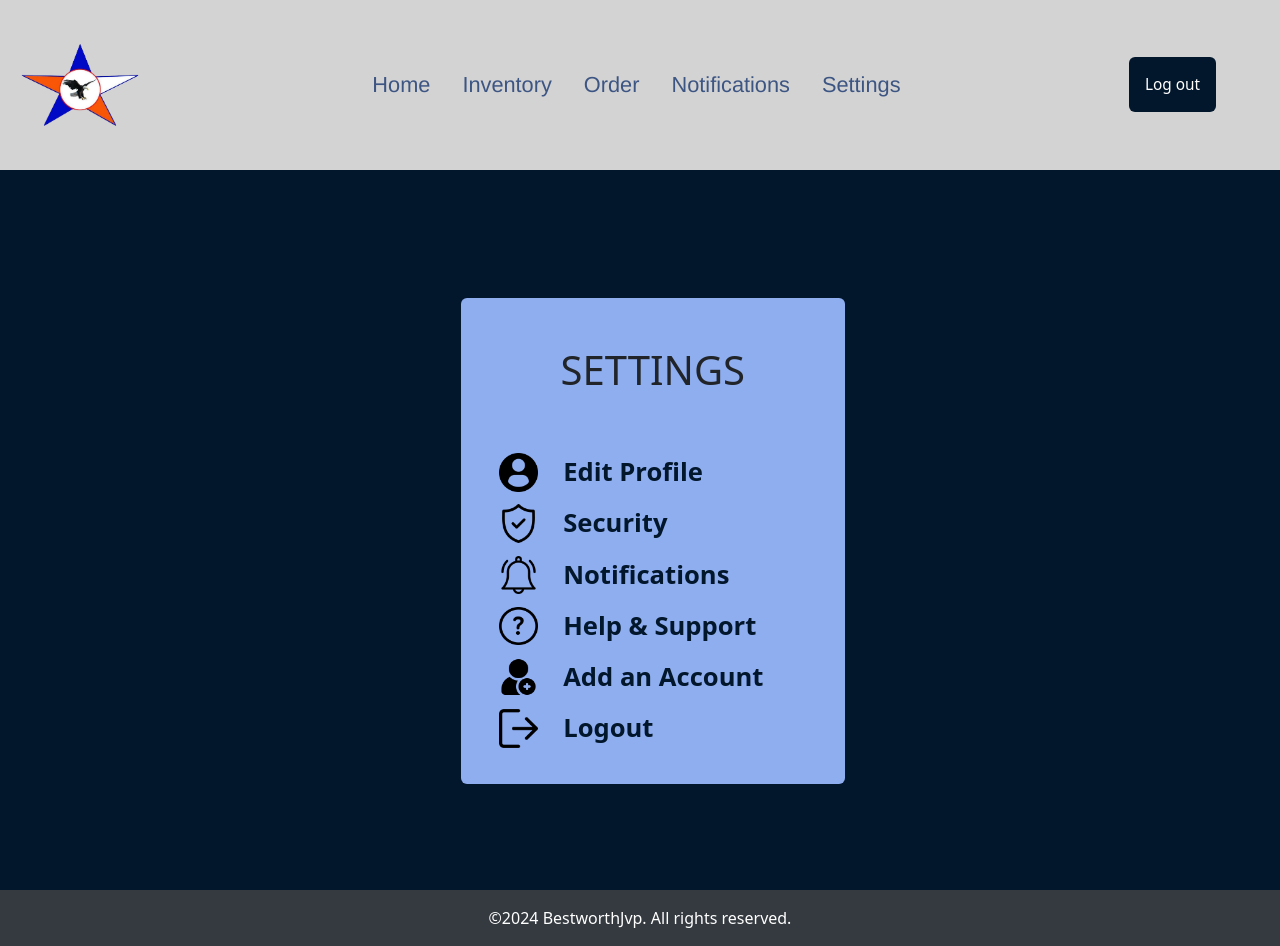
Repository: OVictor21/inventory
Page: /Setting
These files come from the project's save history. The page is drawn as it stood at one moment and after the next save; the edit follows.
The browser window is 1280 px wide. The pictures show the whole page.
The project was rebuilt for these pictures with package versions that can differ from the ones it lists, and the page was loaded fresh each time. Also part of the build but not shown: src/components/login.jsx, src/components/signup.jsx, src/components/reset1.jsx, src/components/reset2.jsx, src/pages/Admin.jsx.

Above is the page before, as saved 2024-12-16 19:57:17.

### src/index.css

.logo {
  background-size: cover;
  background-repeat: no-repeat;
  background-position: center;
  height: auto;
  width:9rem ;
}

.sign-in{
  width: 40vw;
  height: 65vw;
  left: 45vw;
  top: -10vw;
  overflow: hidden;
}

.login {
  display: flex;
  flex-direction: column;
  min-height: 100vh;
  overflow: hidden;

}

.nav-body {
  flex-grow: 1;
  background-color: #D3D3D3;
  width: 35vw;
  height: 65vw;
}

.text{
  top: 5vw;
  left: 6vw;
  background: linear-gradient(180deg, rgb(51, 85, 136) 13.5%, rgb(206, 208, 214) 100%);
  -webkit-background-clip: text !important;
  background-clip: text;
  -webkit-text-fill-color: transparent;
  text-fill-color: transparent;
  font-family: "Montserrat-Bold", Helvetica;
  font-weight: 700;
  color: transparent;
  font-size: 4vw;
  letter-spacing: 0;
  line-height: normal;
}



.text-wrapper-8 {
  background: linear-gradient(180deg, rgb(51, 85, 136) 13.5%, rgb(206, 208, 214) 100%);
  -webkit-background-clip: text !important;
  background-clip: text;
  -webkit-text-fill-color: transparent;
  text-fill-color: transparent;
  font-family: "Montserrat-Bold", Helvetica;
  font-weight: 600;
  color: transparent;
  font-size: 2vw;
  letter-spacing: 0;
  line-height: normal;
  top: 13vw;
  left: 6vw;
}

.email-text{
  font-size: 1.2vw;

}

.email{
  top: 17vw;
  left: 6vw;
}

.email-in{
  top: 23vw;
  left: 6vw;
  width: 80%;
  max-width: 80%;
  height: 5%;
}

.pass{
  top: 27vw;
  left: 6vw;
}

.pass-in{
  top: 33vw;
  left: 6vw;
  width: 80%;
  max-width: 80%;
  height: 5%;

}

.text-wrapper-7{
  font-family: "Montserrat-Regular", Helvetica;
  font-weight: 400;
  color: #00000061;
  font-size: 1.3vw;
  letter-spacing: 0;
  line-height: normal;
  top: 30vw;
  text-decoration: none;
  right: 2vw;
}



.sign-btn{
  background: linear-gradient(180deg, rgb(51, 85, 136) 93.5%, rgb(206, 208, 214) 97%);
  font-family: "Montserrat-Bold", Helvetica;
  font-weight: 700;
  font-size: 1.5rem;
  letter-spacing: 0;
  line-height: normal;
  width: 80%;
  height: 3rem;
  top: 42vw;
  left: 6vw;
  /* box-shadow: 0px 22px 75px #00000040; */
}


.acct{
  font-family: "Montserrat-Regular", Helvetica;
  font-weight: 700;
  color: #000000;
  font-size: 1.5vw;
  letter-spacing: 0;
  line-height: normal;
  top: 52vw;
  left: 6vw;
}

.acct-1{
  font-family: "Montserrat-Bold", Helvetica;
  font-weight: 700;
  color: rgb(51, 85, 136);
  font-size: 1.5vw;
  text-decoration: none;
  letter-spacing: 0;
  line-height: normal;
  top: 52vw;
  right: 3vw;
}



.pass-text{
font-size: 1.2vw;
}
.footer-body {
  background-color: #343a40; /* Example background color */
  text-align: center;
  padding: 1rem 0;
  margin-top: auto; /* Pushes the footer to the bottom */
}



.side{
  background-color: #D3D3D3;
}
.footers{
  top: 99vh;
  right: 0vw;
  background-color: #343a40;
}

.signuptext{
  top: 5vw;
  left: 6vw;
  background: linear-gradient(180deg, rgb(51, 85, 136) 13.5%, rgb(206, 208, 214) 100%);
  -webkit-background-clip: text !important;
  background-clip: text;
  -webkit-text-fill-color: transparent;
  text-fill-color: transparent;
  font-family: "Montserrat-Bold", Helvetica;
  font-weight: 700;
  color: transparent;
  font-size: 3vw;
  letter-spacing: 0;
  line-height: normal;
}

.nav{
  background-color: #D3D3D3;
}

.logo{
  width: 10vw;
  height: 7vw;
}

nav {
  background-color: #D3D3D3;

}


.navbar-brand img {
  max-width: 10vw;
  min-width: 5vw;
}

.navv{
  color: white;
}

.nav-text-current {
  font-family: "Montserrat", Helvetica;
  font-weight: 700;
  color: #ffffff;
  font-size: 1.5vw;
}

.nav-text {
  font-family: "Montserrat", Helvetica;
  font-weight: 700;
  color: #ffffff;
  font-size: 2.5vw;

}

.nav-link.nav-text {
  font-family: "Montserrat", Helvetica;
  font-weight: 400;
  color: #3d5583 !important;
  font-size: 1.7vw;
}

.navbar-nav .nav-link.nav-text:hover {
  color: rgb(143, 174, 240) !important;
}

.logout{
  background-color: #03172c !important;
}

.logout:hover {
  color: rgb(143, 174, 240) !important;
}

.nav-link.nav-text-2{
  color: white;
  font-size: 1.2vw;
}

.nav-link.nav-text-2:hover{
  color: rgb(143, 174, 240) !important;
}

.admin-body{
  background-color: #03172c;
}

.inventory{
  width: 35vw;
  height: 10vw;
  background-color:rgb(143, 174, 240) ;
  overflow: hidden;
}

.inventory-logo{
  width: 5vw;
  height: 3vw;
}

.admin-text{
  font-size: 2vw;
  font-weight: 600;
  color: #03172c ;
  left: 16vw;
  top:3vw;
}

.admin-footer {
  background-color: #343a40; /* Example background color */
  text-align: center;
  padding: 1rem 0;
  margin-top: auto; /* Pushes the footer to the bottom */
}

.admin-logo{
  left: 5vw;
  top:2vw;
}
.setting-body{
  background-color: #03172c;
}
.setting{
  width: 30vw;
  height: 38vw;
  background-color:rgb(143, 174, 240) ;
  overflow: hidden;
  left: 36vw;
  top: 10vw;
}

.user-logo{
  width: 3vw;
  height: 3vw;
}

.profile-logo{
  left: 3vw;
  top:4vw;
}

.user-text{
  font-size: 2vw;
  font-weight: 600;
  color: #03172c ;
  left: 8vw;
  top:4vw;
}

.security-text{
  font-size: 2vw;
  font-weight: 600;
  color: #03172c ;
  left: 8vw;
  top:8vw;
}

.notify-text{
  font-size: 2vw;
  font-weight: 600;
  color: #03172c ;
  left: 8vw;
  top:12vw;
}

.help-text{
  font-size: 2vw;
  font-weight: 600;
  color: #03172c ;
  left: 8vw;
  top:16vw;
}

.acc-text{
  font-size: 2vw;
  font-weight: 600;
  color: #03172c ;
  left: 8vw;
  top:20vw;
}

.logout-text{
  font-size: 2vw;
  font-weight: 600;
  color: #03172c ;
  left: 8vw;
  top:24vw;
}

.security-logo{
  left: 3vw;
  top:8vw;
}

.notify-logo{
  left: 3vw;
  top:12vw;
}

.help-logo{
  left: 3vw;
  top:16vw;
}

.acc-logo{
  left: 3vw;
  top:20vw;
}

.logout-logo{
  left: 3vw;
  top:24vw;
}

### src/App.js
// import Navbar from './components/navbar';
import 'bootstrap/dist/css/bootstrap.min.css';
import { BrowserRouter as Router, Route, Routes } from "react-router-dom";
// import Home from "./components/home";
import Login from "./components/login";
import Signup from './components/signup';
import Reset1 from './components/reset1';
import Reset2 from './components/reset2';
import Admin from './pages/Admin';
import Setting from './pages/setting';



function App() {
  return (
    <div className="App">
      <Router>
      <Routes>
        <Route path="/Login" element={<Login />} />
        <Route path="/Signup" element={<Signup/>} />
        <Route path='/Reset1' element={<Reset1/>} />
        <Route path='/Reset2' element={<Reset2 />} />
        <Route path='/Admin' element={<Admin/>} />
        <Route path='/Setting' element={<Setting/>}/>

      </Routes>
    </Router>
    </div>
  );
}

export default App;

### src/pages/setting.jsx
import Navbar from "../components/navbar";

const Setting = () => {
  return (
    <div>
    <Navbar/>
    <div className="setting-body min-vh-100 d-flex flex-column position-relative ">
        <div className="setting justify-content-center rounded-2 mb-4 position-absolute ">
          <h1 className="text-center mt-5">SETTINGS</h1>
          <div className="user-logo position-relative ">

            <img className="d-block w-100 position-absolute profile-logo" src="/user.png" alt="Logo" />
            <a href="/Inventory " className="user-text  position-absolute text-decoration-none text-nowrap">Edit Profile</a>

            <img className="d-block w-100 position-absolute security-logo" src="/security.png" alt="Logo" />
            <a href="/Inventory " className="security-text  position-absolute text-decoration-none text-nowrap">Security</a>

            <img className="d-block w-100 position-absolute notify-logo" src="/notification.png" alt="Logo" />
            <a href="/Notification " className="notify-text  position-absolute text-decoration-none text-nowrap">Notifications</a>

            <img className="d-block w-100 position-absolute help-logo" src="/help.png" alt="Logo" />
            <a href="/Help " className="help-text  position-absolute text-decoration-none text-nowrap">Help & Support</a>

            <img className="d-block w-100 position-absolute acc-logo" src="/add-user.png" alt="Logo" />
            <a href="/Addacc " className="acc-text  position-absolute text-decoration-none text-nowrap">Add an Account</a>

            <img className="d-block w-100 position-absolute logout-logo" src="/logout.png" alt="Logo" />
            <a href="/Logout " className="logout-text  position-absolute text-decoration-none text-nowrap">Logout</a>
          </div>
        </div>
   </div>

   <footer className="mt-auto text-center py-3 w-100 position-absolute admin-footer text-white ">
            <p className="mb-0">&copy;2024 BestworthJvp. All rights reserved.</p>

          </footer>
    </div>


  )
}

export default Setting;

### src/components/navbar.jsx
import 'bootstrap/dist/js/bootstrap.bundle.min';

const Navbar = () => {
  return (
    <nav className="navbar navbar-expand-md justify-content-center p-3 z-1">

    <a className="navbar-brand d-flex me-auto" href="#">
        <img class="block w-100" src="/logo.png" alt="Logo"/>
    </a>
   <button class="navbar-toggler ms-auto" type="button" data-bs-toggle="collapse"
                data-bs-target="#collapseNavbar">
                <span class="navbar-toggler-icon"></span>
            </button>
    <div className="navbar-collapse collapse" id="collapseNavbar">

        <ul className="navbar-nav justify-content-center w-100">
            <li class="nav-item m-2 ">
                <a className="nav-link nav-text" href="/Home">Home</a>
            </li>

            <li className="nav-item m-2">
                <a className="nav-link nav-text" href="/Iventory">Inventory</a>
            </li>
            <li className="nav-item m-2">
                <a className="nav-link nav-text" href="/Order">Order</a>
            </li>
            <li className="nav-item m-2">
                <a className="nav-link nav-text" href="/Notifications">Notifications</a>
            </li>
            <li className="nav-item m-2">
                <a className="nav-link nav-text" href="/Setting">Settings</a>
            </li>

        </ul>

        <ul className="navbar-nav ms-auto justify-content-end mx-5">
                    <li className="nav-item logout p-2 rounded-2">
                        <a className="nav-link nav-text-2 text-nowrap" href="/Sign in/index.html">Log out</a>
                    </li>
                </ul>
    </div>
</nav>
  )
}

export default Navbar;


<script src="https://cdn.jsdelivr.net/npm/bootstrap@5.3.0/dist/js/bootstrap.bundle.min.js"></script>

Loaded but not shown: public/index.html (common file); src/index.js (common file); src/reportWebVitals.js (common file)

After the next save:
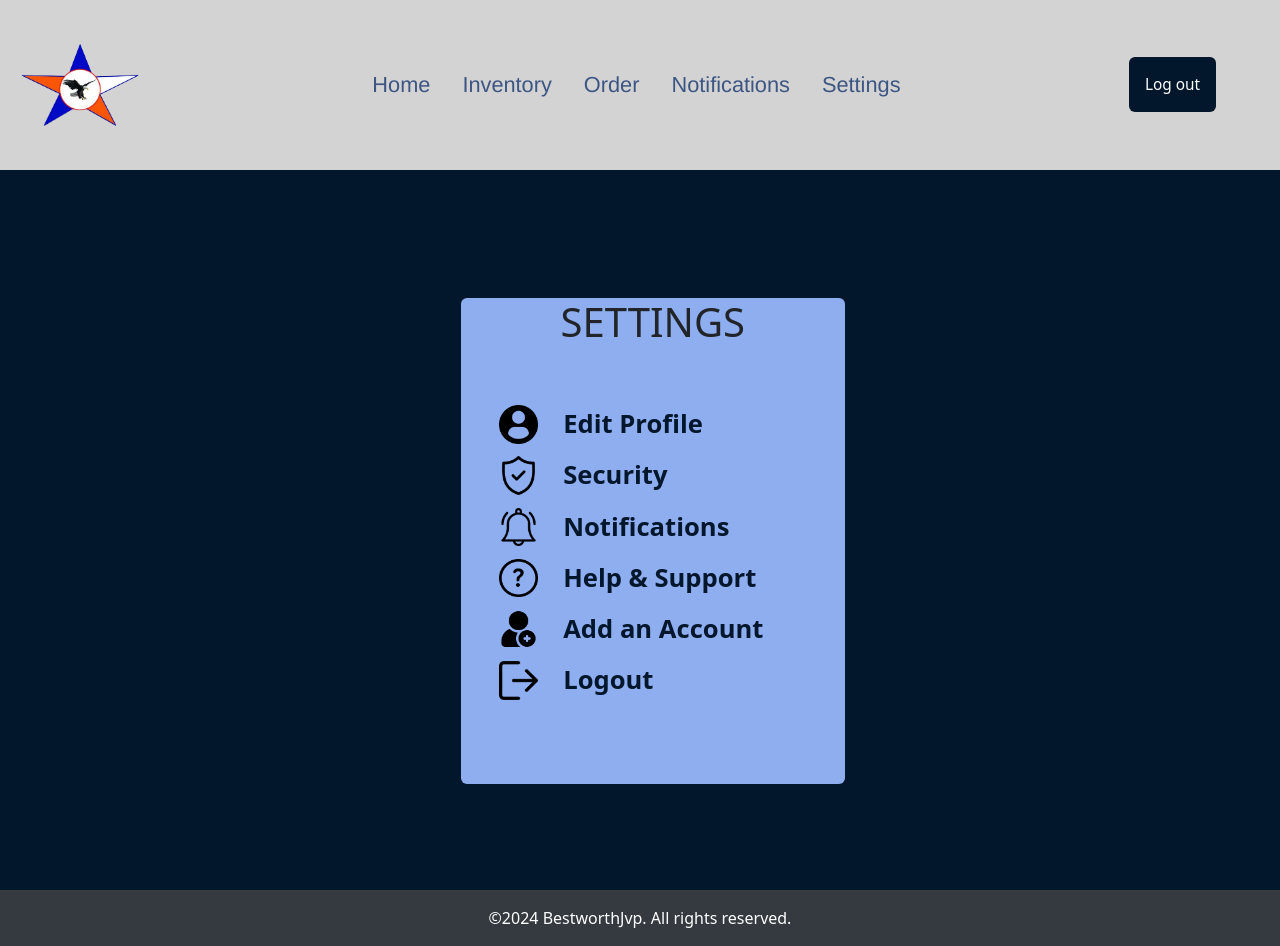
Saved 19 s later.
--- a/src/pages/setting.jsx
+++ b/src/pages/setting.jsx
@@ -6,7 +6,7 @@ const Setting = () => {
     <Navbar/>
     <div className="setting-body min-vh-100 d-flex flex-column position-relative ">
         <div className="setting justify-content-center rounded-2 mb-4 position-absolute ">
-          <h1 className="text-center mt-5">SETTINGS</h1>
+          <h1 className="text-center ">SETTINGS</h1>
           <div className="user-logo position-relative ">
 
             <img className="d-block w-100 position-absolute profile-logo" src="/user.png" alt="Logo" />
